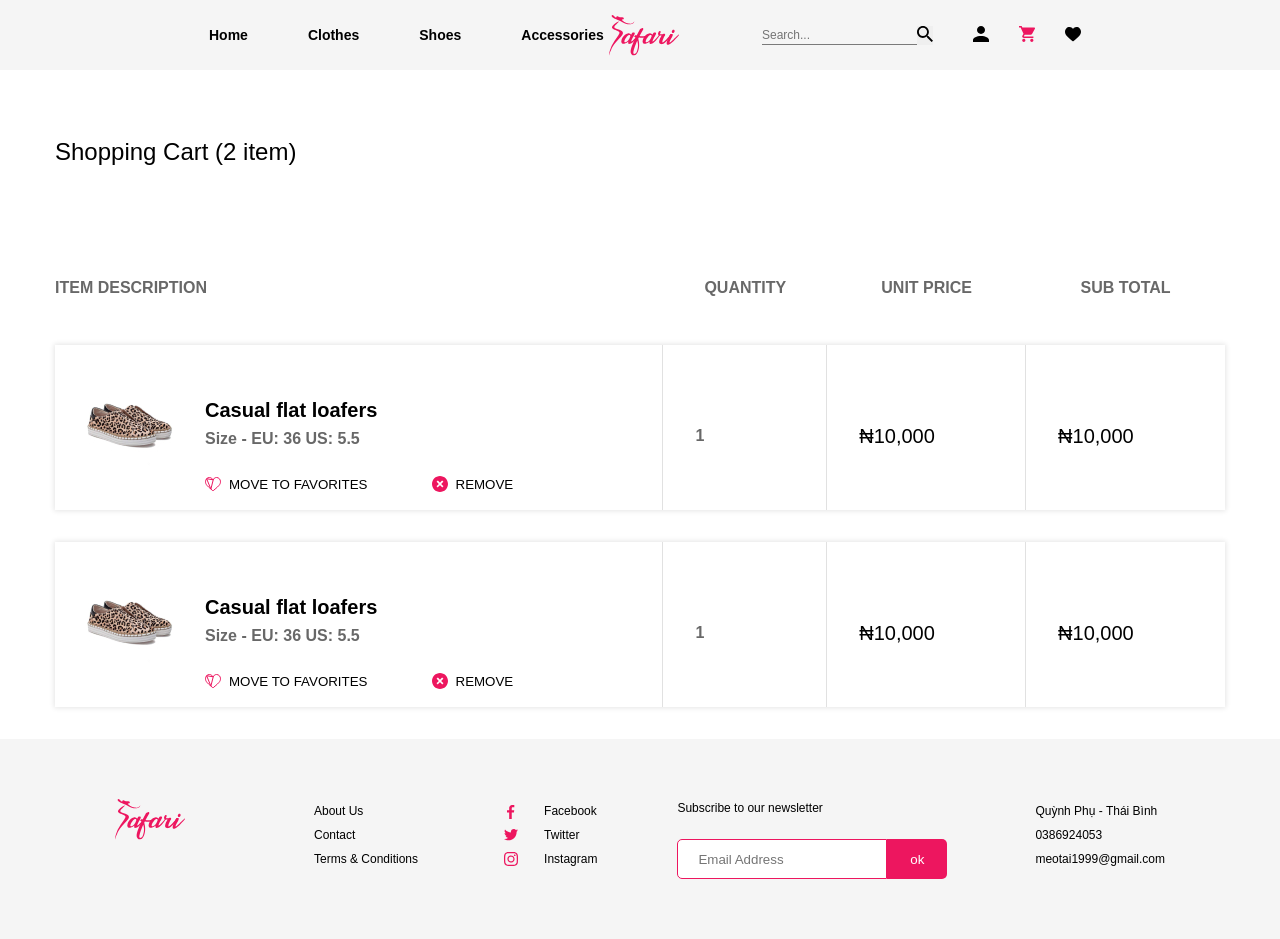
Repository: tboy1999/safari
Page: views/cart.html
These files come from the project's save history. The page is drawn as it stood at one moment and after the next save; the edit follows.
The browser window is 1280 px wide. The pictures show the whole page.
Some web libraries are served in a nearby version. The style sheet was rebuilt from its Sass, Less or Tailwind sources for each picture, by a compiler version that may differ from the author's.

Above is the page before, as saved 2022-04-28 14:07:40.

After the next save:
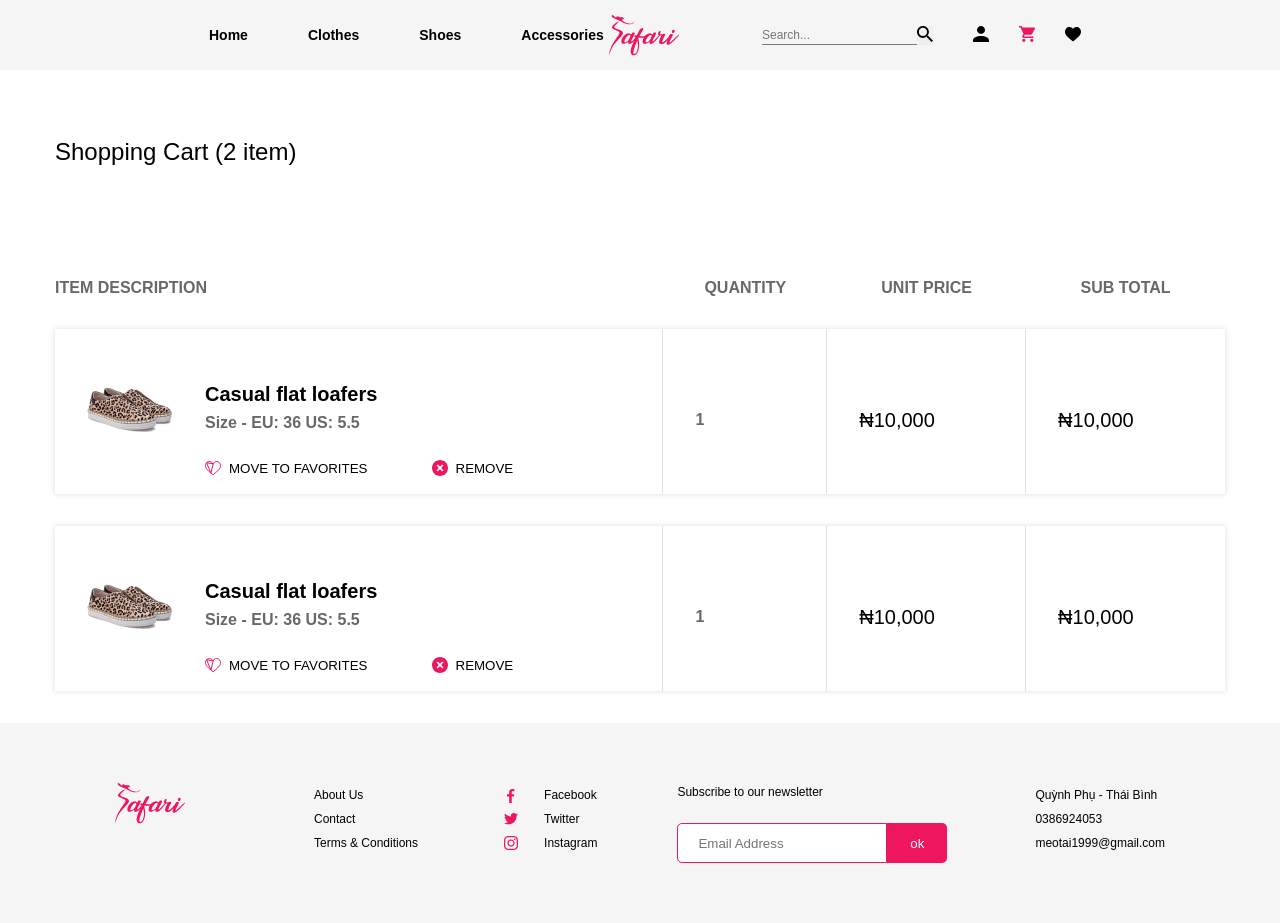
Saved 59 s later.
--- a/scss/cart.scss
+++ b/scss/cart.scss
@@ -14,9 +14,6 @@
     border-spacing:0 32px;
     width: 100%;
     thead {
-      th {
-        padding-bottom: 16px;
-      }
       th:first-child {
         width: 52%;
         text-align: left;
